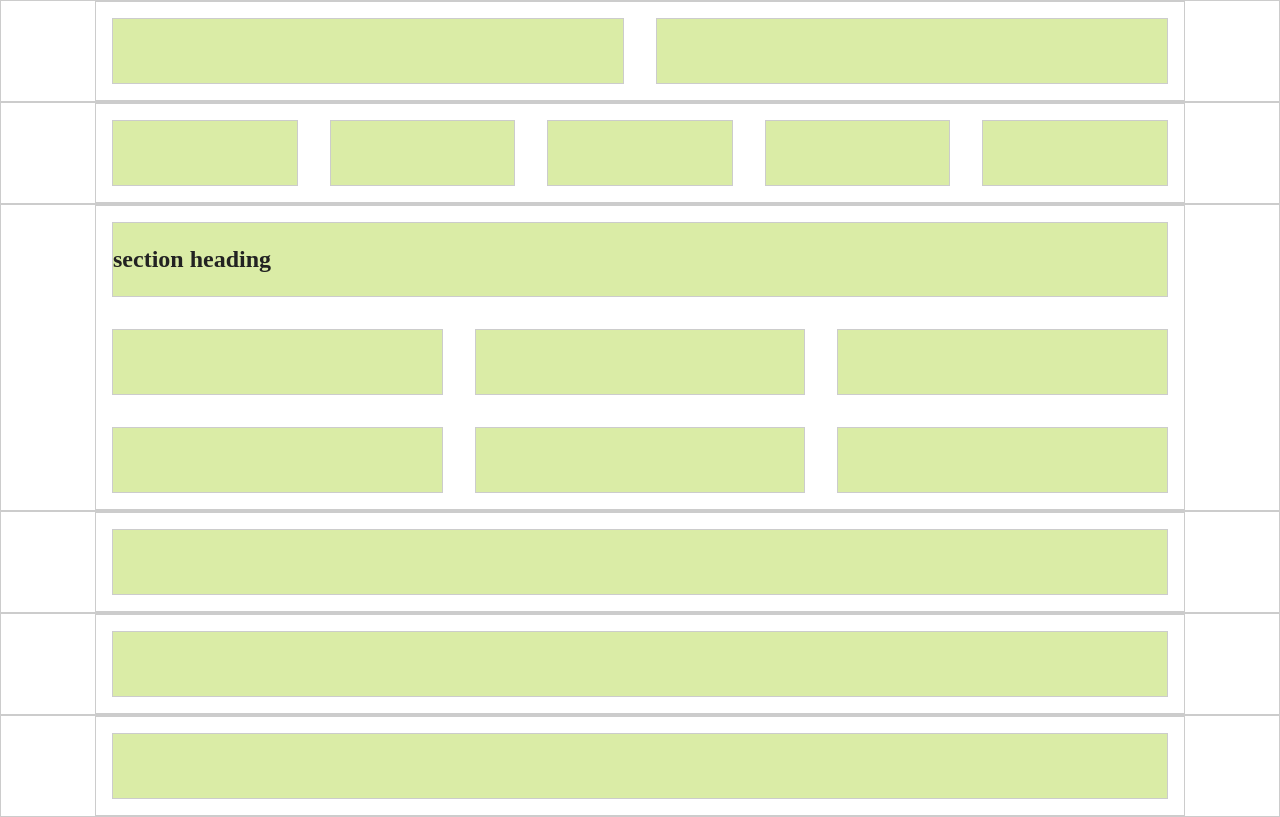
Repository: AlexBCIT/metrolicspractice
Page: index.html
The author's editor kept a copy of each file at every save. The page is drawn from the files as they stood at one save, then again after the next save.
The browser window is 1280 px wide. The pictures show the whole page.

Above is the page before, as saved 2021-01-29 10:34:49.

### index.html
<!doctype html>
<html class="no-js" lang="">

<head>
    <meta charset="utf-8">
    <title></title>
    <meta name="description" content="">
    <meta name="viewport" content="width=device-width, initial-scale=1">

    <meta property="og:title" content="">
    <meta property="og:type" content="">
    <meta property="og:url" content="">
    <meta property="og:image" content="">

    <link rel="manifest" href="site.webmanifest">
    <link rel="apple-touch-icon" href="icon.png">
    <!-- Place favicon.ico in the root directory -->

    <link rel="stylesheet" href="css/normalize.css">
    <link rel="stylesheet" href="css/main.css">

    <meta name="theme-color" content="#fafafa">
</head>

<body>

    <div class="container">
        <div class="row col-2">
            <div class="column">

            </div>
            <div class="column">

            </div>
        </div>
    </div>
    <div class="container">
        <div class="row col-5">
            <div class="column">

            </div>
            <div class="column">

            </div>
            <div class="column">

            </div>
            <div class="column">

            </div>
            <div class="column">

            </div>
        </div>
    </div>
    <div class="container">
        <div class="row col-3">
            <div class="column row-span">
                <h2>section heading</h2>
            </div>

            <div class="column">

            </div>
            <div class="column">

            </div>
            <div class="column">

            </div>
            <div class="column">

            </div>
            <div class="column">

            </div>
            <div class="column">

            </div>
        </div>
    </div>
    <div class="container">
        <div class="row">
            <div class="column">

            </div>
        </div>
    </div>
    <div class="container">
        <div class="row">
            <div class="column">

            </div>
        </div>
    </div>
    <div class="container">
        <div class="row">
            <div class="column">

            </div>
        </div>
    </div>




    <script src="js/vendor/modernizr-3.11.2.min.js"></script>
    <script src="js/plugins.js"></script>
    <script src="js/main.js"></script>

    <!-- Google Analytics: change UA-XXXXX-Y to be your site's ID. -->
    <script>
        window.ga = function() {
            ga.q.push(arguments)
        };
        ga.q = [];
        ga.l = +new Date;
        ga('create', 'UA-XXXXX-Y', 'auto');
        ga('set', 'anonymizeIp', true);
        ga('set', 'transport', 'beacon');
        ga('send', 'pageview')
    </script>
    <script src="https://www.google-analytics.com/analytics.js" async></script>
</body>

</html>

### css/main.css
/*! HTML5 Boilerplate v8.0.0 | MIT License | https://html5boilerplate.com/ */


/* main.css 2.1.0 | MIT License | https://github.com/h5bp/main.css#readme */


/*
 * What follows is the result of much research on cross-browser styling.
 * Credit left inline and big thanks to Nicolas Gallagher, Jonathan Neal,
 * Kroc Camen, and the H5BP dev community and team.
 */


/* ==========================================================================
   Base styles: opinionated defaults
   ========================================================================== */

html {
    color: #222;
    font-size: 1em;
    line-height: 1.4;
}


/*
 * Remove text-shadow in selection highlight:
 * https://twitter.com/miketaylr/status/12228805301
 *
 * Vendor-prefixed and regular ::selection selectors cannot be combined:
 * https://stackoverflow.com/a/16982510/7133471
 *
 * Customize the background color to match your design.
 */

::-moz-selection {
    background: #b3d4fc;
    text-shadow: none;
}

::selection {
    background: #b3d4fc;
    text-shadow: none;
}


/*
 * A better looking default horizontal rule
 */

hr {
    display: block;
    height: 1px;
    border: 0;
    border-top: 1px solid #ccc;
    margin: 1em 0;
    padding: 0;
}


/*
 * Remove the gap between audio, canvas, iframes,
 * images, videos and the bottom of their containers:
 * https://github.com/h5bp/html5-boilerplate/issues/440
 */

audio,
canvas,
iframe,
img,
svg,
video {
    vertical-align: middle;
}


/*
 * Remove default fieldset styles.
 */

fieldset {
    border: 0;
    margin: 0;
    padding: 0;
}


/*
 * Allow only vertical resizing of textareas.
 */

textarea {
    resize: vertical;
}


/* ==========================================================================
   Author's custom styles
   ========================================================================== */

div,
header,
footer,
section {
    border: 1px solid #ccc;
    min-height: 4rem;
}

.column {
    background-color: rgb(218, 236, 166);
    margin: 1rem;
}

.row {
    display: grid;
    width: 85vw;
    max-width: 70rem;
    margin: 0 auto;
}

.col-2 {
    grid-template-columns: 1fr 1fr;
}

.col-3 {
    grid-template-columns: repeat(3, 1fr);
}

.col-4 {
    grid-template-columns: repeat(4, 1fr);
}

.col-5 {
    grid-template-columns: repeat(5, 1fr);
}

.col-6 {
    grid-template-columns: repeat(6, 1fr);
}

.col-7 {
    grid-template-columns: repeat(7, 1fr);
}

.col-8 {
    grid-template-columns: repeat(8, 1fr);
}

.col-1-2 {
    grid-template-columns: 1fr 2fr;
}

.row-span {
    grid-column-start: 1;
    grid-column-end: -1;
}


/* ==========================================================================
   UTILITY
   ========================================================================== */


/*
 * Hide visually and from screen readers
 */

.hidden,
[hidden] {
    display: none !important;
}


/*
 * Hide only visually, but have it available for screen readers:
 * https://snook.ca/archives/html_and_css/hiding-content-for-accessibility
 *
 * 1. For long content, line feeds are not interpreted as spaces and small width
 *    causes content to wrap 1 word per line:
 *    https://medium.com/@jessebeach/beware-smushed-off-screen-accessible-text-5952a4c2cbfe
 */

.sr-only {
    border: 0;
    clip: rect(0, 0, 0, 0);
    height: 1px;
    margin: -1px;
    overflow: hidden;
    padding: 0;
    position: absolute;
    white-space: nowrap;
    width: 1px;
    /* 1 */
}


/*
 * Extends the .sr-only class to allow the element
 * to be focusable when navigated to via the keyboard:
 * https://www.drupal.org/node/897638
 */

.sr-only.focusable:active,
.sr-only.focusable:focus {
    clip: auto;
    height: auto;
    margin: 0;
    overflow: visible;
    position: static;
    white-space: inherit;
    width: auto;
}


/*
 * Hide visually and from screen readers, but maintain layout
 */

.invisible {
    visibility: hidden;
}


/*
 * Clearfix: contain floats
 *
 * For modern browsers
 * 1. The space content is one way to avoid an Opera bug when the
 *    `contenteditable` attribute is included anywhere else in the document.
 *    Otherwise it causes space to appear at the top and bottom of elements
 *    that receive the `clearfix` class.
 * 2. The use of `table` rather than `block` is only necessary if using
 *    `:before` to contain the top-margins of child elements.
 */

.clearfix::before,
.clearfix::after {
    content: " ";
    display: table;
}

.clearfix::after {
    clear: both;
}


/* ==========================================================================
   EXAMPLE Media Queries for Responsive Design.
   These examples override the primary ('mobile first') styles.
   Modify as content requires.
   ========================================================================== */

@media only screen and (min-width: 35em) {
    /* Style adjustments for viewports that meet the condition */
}

@media print,
(-webkit-min-device-pixel-ratio: 1.25),
(min-resolution: 1.25dppx),
(min-resolution: 120dpi) {
    /* Style adjustments for high resolution devices */
}


/* ==========================================================================
   Print styles.
   Inlined to avoid the additional HTTP request:
   https://www.phpied.com/delay-loading-your-print-css/
   ========================================================================== */

@media print {
    *,
    *::before,
    *::after {
        background: #fff !important;
        color: #000 !important;
        /* Black prints faster */
        box-shadow: none !important;
        text-shadow: none !important;
    }
    a,
    a:visited {
        text-decoration: underline;
    }
    a[href]::after {
        content: " (" attr(href) ")";
    }
    abbr[title]::after {
        content: " (" attr(title) ")";
    }
    /*
   * Don't show links that are fragment identifiers,
   * or use the `javascript:` pseudo protocol
   */
    a[href^="#"]::after,
    a[href^="javascript:"]::after {
        content: "";
    }
    pre {
        white-space: pre-wrap !important;
    }
    pre,
    blockquote {
        border: 1px solid #999;
        page-break-inside: avoid;
    }
    /*
   * Printing Tables:
   * https://web.archive.org/web/20180815150934/http://css-discuss.incutio.com/wiki/Printing_Tables
   */
    thead {
        display: table-header-group;
    }
    tr,
    img {
        page-break-inside: avoid;
    }
    p,
    h2,
    h3 {
        orphans: 3;
        widows: 3;
    }
    h2,
    h3 {
        page-break-after: avoid;
    }
}

### js/plugins.js
// Avoid `console` errors in browsers that lack a console.
(function() {
  var method;
  var noop = function () {};
  var methods = [
    'assert', 'clear', 'count', 'debug', 'dir', 'dirxml', 'error',
    'exception', 'group', 'groupCollapsed', 'groupEnd', 'info', 'log',
    'markTimeline', 'profile', 'profileEnd', 'table', 'time', 'timeEnd',
    'timeline', 'timelineEnd', 'timeStamp', 'trace', 'warn'
  ];
  var length = methods.length;
  var console = (window.console = window.console || {});

  while (length--) {
    method = methods[length];

    // Only stub undefined methods.
    if (!console[method]) {
      console[method] = noop;
    }
  }
}());

// Place any jQuery/helper plugins in here.

Loaded but not shown: css/normalize.css (library); js/vendor/modernizr-3.11.2.min.js (library); js/main.js (no stored copy; drawn as an empty file)

After the next save:
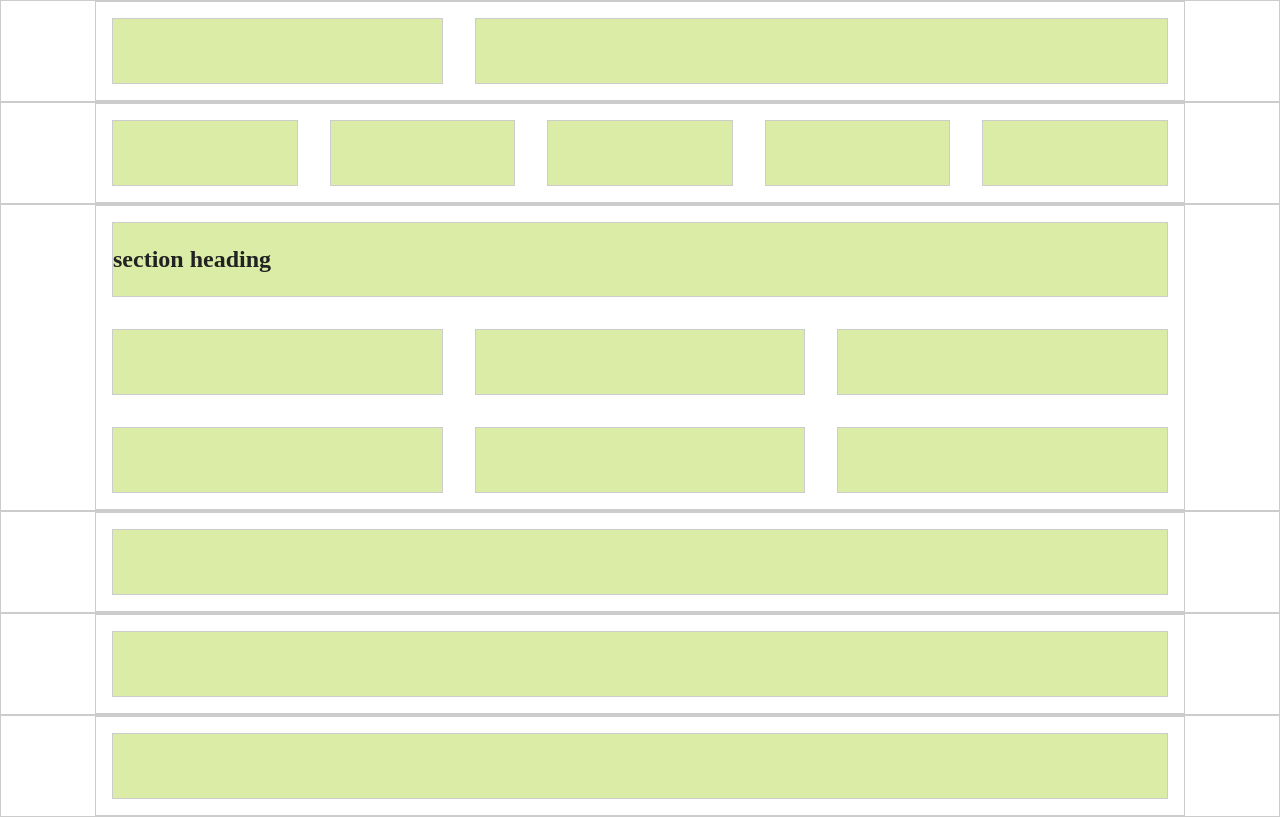
Saved 13 s later.
--- a/index.html
+++ b/index.html
@@ -25,7 +25,7 @@
 <body>
 
     <div class="container">
-        <div class="row col-2">
+        <div class="row col-1-2">
             <div class="column">
 
             </div>
